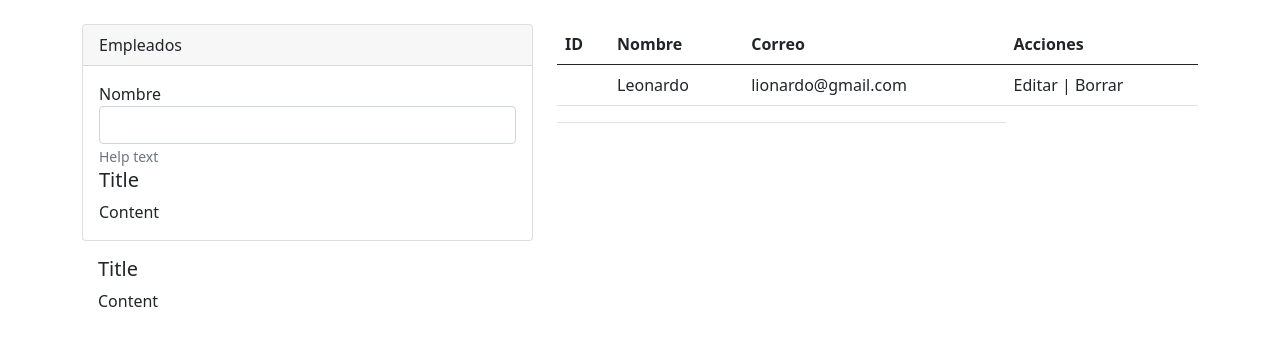
Repository: LionardoGomiz/CRUD-JS-VAINILLA
Page: index.html
An editor plug-in stored every save of this project. The page is shown before and after the next save, followed by the edit.
The browser window is 1280 px wide. The pictures show the whole page.

Above is the page before, as saved 2021-08-09 16:58:02.

### index.html
<!DOCTYPE html>
<html lang="es">
<head>
    <meta charset="UTF-8">
    <meta http-equiv="X-UA-Compatible" content="IE=edge">
    <meta name="viewport" content="width=device-width, initial-scale=1.0">
    <title>CRUD JS Vainilla</title>
    <link href="https://cdn.jsdelivr.net/npm/bootstrap@5.1.0/dist/css/bootstrap.min.css" rel="stylesheet" integrity="sha384-KyZXEAg3QhqLMpG8r+8fhAXLRk2vvoC2f3B09zVXn8CA5QIVfZOJ3BCsw2P0p/We" crossorigin="anonymous">
    <script src="https://cdn.jsdelivr.net/npm/bootstrap@5.1.0/dist/js/bootstrap.bundle.min.js" integrity="sha384-U1DAWAznBHeqEIlVSCgzq+c9gqGAJn5c/t99JyeKa9xxaYpSvHU5awsuZVVFIhvj" crossorigin="anonymous"></script>
</head>
<body>
    <!--<a name=""  id="" class="btn btn-primary" href="#" role="button">Hola </a>-->
    <div class="container">
        <br>
        <div class="row">
            <br>
            <div class="col-md-5">
                    <div class="card">
                        <div class="card-header">
                            Empleados
                        </div>
                        <div class="card-body">
                            <form action="javascript:void(0);" method="POST">
                                    <div class="form-group">
                                      <label for="">Nombre</label>
                                      <input type="text" class="form-control" name="" id="" aria-describedby="helpId" placeholder="">
                                      <small id="helpId" class="form-text text-muted">Help text</small>
                                    </div>
                            </form>

                            <h5 class="card-title">Title</h5>
                            <p class="card-text">Content</p>
                        </div>
                    </div>
                    <div class="card-body">
                        <h5 class="card-title">Title</h5>
                        <p class="card-text">Content</p>
                    </div>

            </div>
            <div class="col-md-7">
                <table class="table">
                    <thead>
                        <tr>
                            <th>ID</th>
                            <th>Nombre</th>
                            <th>Correo</th>
                            <th>Acciones</th>
                        </tr>
                    </thead>
                    <tbody>
                        <tr>
                            <td></td>
                            <td scope="row">Leonardo</td>
                            <td>lionardo@gmail.com</td>
                            <td>Editar | Borrar</td>
                        </tr>
                        <tr>
                            <td scope="row"></td>
                            <td></td>
                            <td></td>
                        </tr>
                    </tbody>
                </table>
            </div>
        </div>
    </div>
</body>
</html>

After the next save:
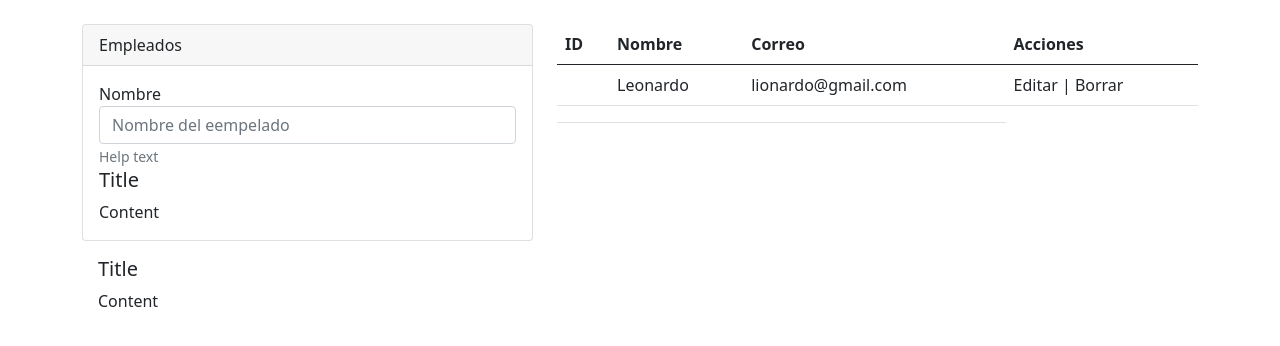
Saved 26 s later.
--- a/index.html
+++ b/index.html
@@ -23,7 +23,7 @@
                             <form action="javascript:void(0);" method="POST">
                                     <div class="form-group">
                                       <label for="">Nombre</label>
-                                      <input type="text" class="form-control" name="" id="" aria-describedby="helpId" placeholder="">
+                                      <input type="text" class="form-control" name="" id="" aria-describedby="helpId" placeholder="Nombre del eempelado">
                                       <small id="helpId" class="form-text text-muted">Help text</small>
                                     </div>
                             </form>
